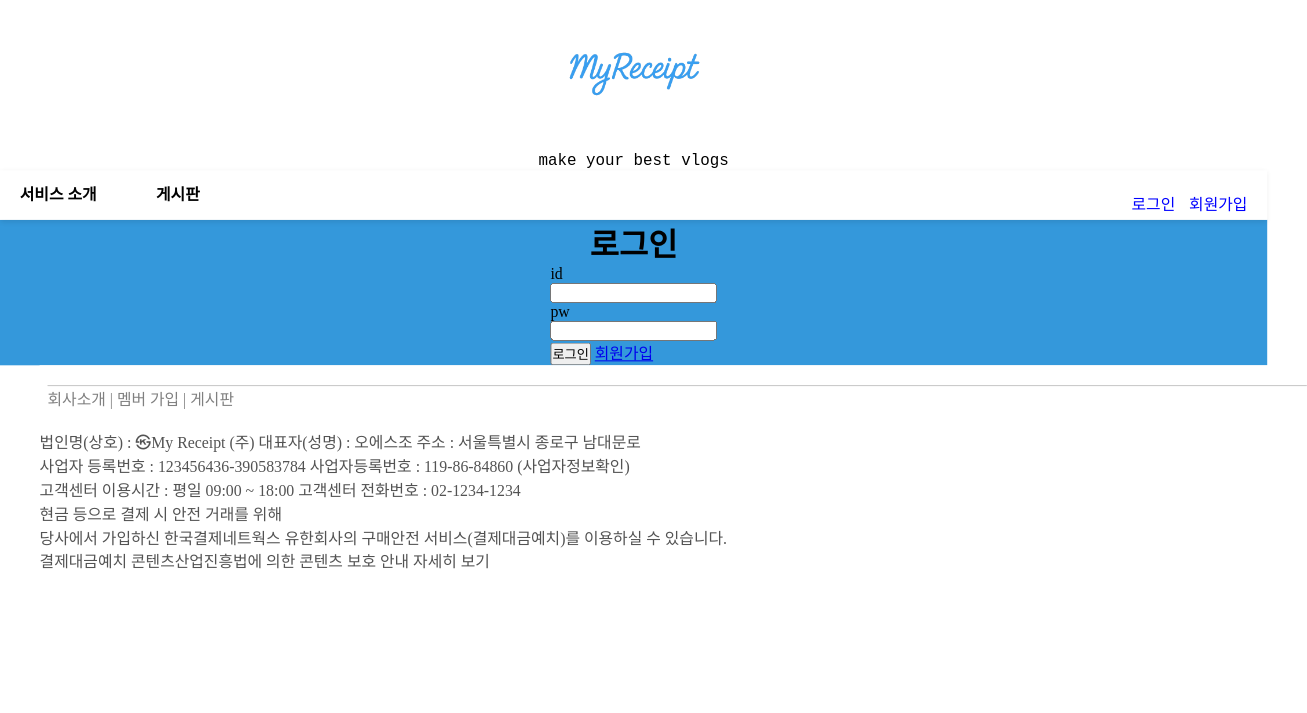
Repository: shong69/mini-project
Page: http://localhost/myReceipt2/login
The author's editor kept a copy of each file at every save. The page is drawn from the files as they stood at one save, then again after the next save.
The browser window is 1280 px wide. The page is 1320 px wide, so the pictures cover 1320 px, including what lies to the right of the window. The pictures show the whole page, at 99% of full size.
Some web fonts or font styles are not loaded; a fallback is used. The page is served by Tomcat 10. Other server files are loaded and not shown.

Above is the page before, as saved 2025-05-05 23:17:30.

### jspProject/myReceipt2/src/main/webapp/WEB-INF/views/login.jsp
<%@ page language="java" contentType="text/html; charset=UTF-8"
    pageEncoding="UTF-8"%>
<!DOCTYPE html>
<html>
<head>
<meta charset="UTF-8">
<title>Insert title here</title>
<link rel="stylesheet" type="text/css" href="resources/css/main.css">
</head>
<body>
	<jsp:include page="/WEB-INF/views/common/header.jsp"></jsp:include>

	<main>
		<h1>로그인</h1>
		<form action="login" method="post" class="login-form">
			<div>
				<p>id</p>
				<input type="text" name="inputId">
			</div>
			<div>
				<p>pw</p>
				<input type="password" name="inputPw">
			</div>

			<button>로그인</button>

			<a href="/myReceipt2/signup" class = "signup">회원가입</a>
		</form>
	</main>

	<jsp:include page="/WEB-INF/views/common/footer.jsp"></jsp:include>
</body>
</html>

### jspProject/myReceipt2/src/main/webapp/WEB-INF/views/common/header.jsp
<%@ page language="java" contentType="text/html; charset=UTF-8"
    pageEncoding="UTF-8"%>
<%@ taglib prefix="c" uri="http://java.sun.com/jsp/jstl/core" %>
	<div id="header">
		<a href="/myReceipt2/index"><img src="resources/imgs/logo.png" style="width:150px;"/></a>
		<p style="font-family: 'Courier New', Courier, monospace;">make your best vlogs</p>
	</div>
	<div id="nav-bar">
		<div id="menu">
			<a href="/myReceipt2/intro">서비스 소개</a>
			<a href="/myReceipt2/board">게시판</a>
		</div>
		<div id="loginSt">
			<c:choose>
				<c:when test="${not empty sessionScope.loginMember} ">
					<p>%{sessionScope.loginMember.nickName}님이 로그인 중</p>
					<a href="/myReceipt2/logout">로그아웃</a>

				</c:when>
				<c:otherwise>
					<a href="/myReceipt2/login">로그인</a>
					<a href="/myReceipt2/sign">회원가입</a>
				</c:otherwise>
			</c:choose>
		</div>

	</div>

### jspProject/myReceipt2/src/main/webapp/WEB-INF/views/common/footer.jsp
<%@ page language="java" contentType="text/html; charset=UTF-8"
    pageEncoding="UTF-8"%>
	<footer class="footer">
	    <section>
	        <div class="footer-nav">
	            <a href="/">회사소개 |</a>
	            <a href="/signup">멤버 가입 |</a>
	            <a href="/">게시판</a>
	        </div>
	    </section>
	    <section>
	        <div>
	            법인명(상호) : ㉿My Receipt (주) 대표자(성명) : 오에스조 주소 : 서울특별시 종로구 남대문로 <br>
	            사업자 등록번호 : 123456436-390583784  사업자등록번호 : 119-86-84860 (사업자정보확인)<br>
	            고객센터 이용시간 : 평일 09:00 ~ 18:00  고객센터 전화번호 : 02-1234-1234
	        </div>

	        <div>
	            현금 등으로 결제 시 안전 거래를 위해<br>
	            당사에서 가입하신 한국결제네트웍스 유한회사의 구매안전 서비스(결제대금예치)를 이용하실 수 있습니다.<br>
	            결제대금예치 콘텐츠산업진흥법에 의한 콘텐츠 보호 안내 자세히 보기
	        </div>
	    </section>
	</footer>

### jspProject/myReceipt2/src/main/java/com/project/jsp/controller/LoginController.java
package com.project.jsp.controller;

import java.io.IOException;

import jakarta.servlet.ServletException;
import jakarta.servlet.http.HttpServlet;
import jakarta.servlet.http.HttpServletRequest;
import jakarta.servlet.http.HttpServletResponse;

public class LoginController extends HttpServlet{
	@Override
	protected void doGet(HttpServletRequest req, HttpServletResponse resp) throws ServletException, IOException {
		req.getRequestDispatcher("/WEB-INF/views/login.jsp").forward(req, resp);
	}
}

### jspProject/myReceipt2/src/main/webapp/resources/css/main.css
* {
	box-sizing: border-box;
	padding: 0;
	margin: 0;
	font-family: 'main';
}
/* 메인 폰트 */
@font-face {
	font-family: 'main';
	src:
		url('https://fastly.jsdelivr.net/gh/Project-Noonnu/noonfonts_2107@1.1/Pretendard-Regular.woff')
		format('woff');
	font-style: normal;
	font-weight: 400;
}

/*header*/
#header {
	width: 100%;
	text-align: center;
}

#header>div:first-child {
	margin-bottom: 15px;
}

#nav-bar {
	line-height: 50px;
	height: 50px;
	position: sticky;
	top: 0;
	left: 0;
	background-color: white;
	z-index: 1000;
	box-shadow: 0 2px 5px rgba(0, 0, 0, 0.1);
}

#loginSt {
	position: absolute;
	top: 10px;
	right: 20px;
}

#loginSt a {
	margin-left: 10px;
	color: blue;
	text-decoration: none;
}

#menu {
	display: flex;
	gap: 20px;
}

#menu a {
	text-decoration: none;
	color: black;
	font-weight: bold;
	padding: 0 20px;
	position: relative;
	overflow: hidden;
	transition: background-color 0.5s ease;
}

#menu a:hover {
	background-color: #335085;
	animation-duration: 2s;
	color: whitesmoke;
}

main {
	background-color: #3498db;
	display: flex;
	flex-direction: column;
	align-items: center;
}

.section-title {
	font-size: 3.5rem;
	margin: 100px 0 70px 0;
}

#carousel {
	width: 90%;
	height: 300px;
	background-color: #ddd;
	margin-top: 20px;
}
/*footer*/
.footer {
	background-color: white;
	width: 100%;
	height: auto;
	display: flex;
	flex-direction: column;
	padding-top: 20px;
	margin: 0 40px;
}

.footer>section:first-child {
	border-top: 1px solid #c5c5c5;
	display: flex;
	flex-direction: row;
	margin-left: 8px;
}

.footer>section a {
	color: gray;
	text-decoration: none;
}

.footer>section:nth-child(2) {
	padding-top: 20px;
	color: rgb(83, 83, 83);
}

After the next save:
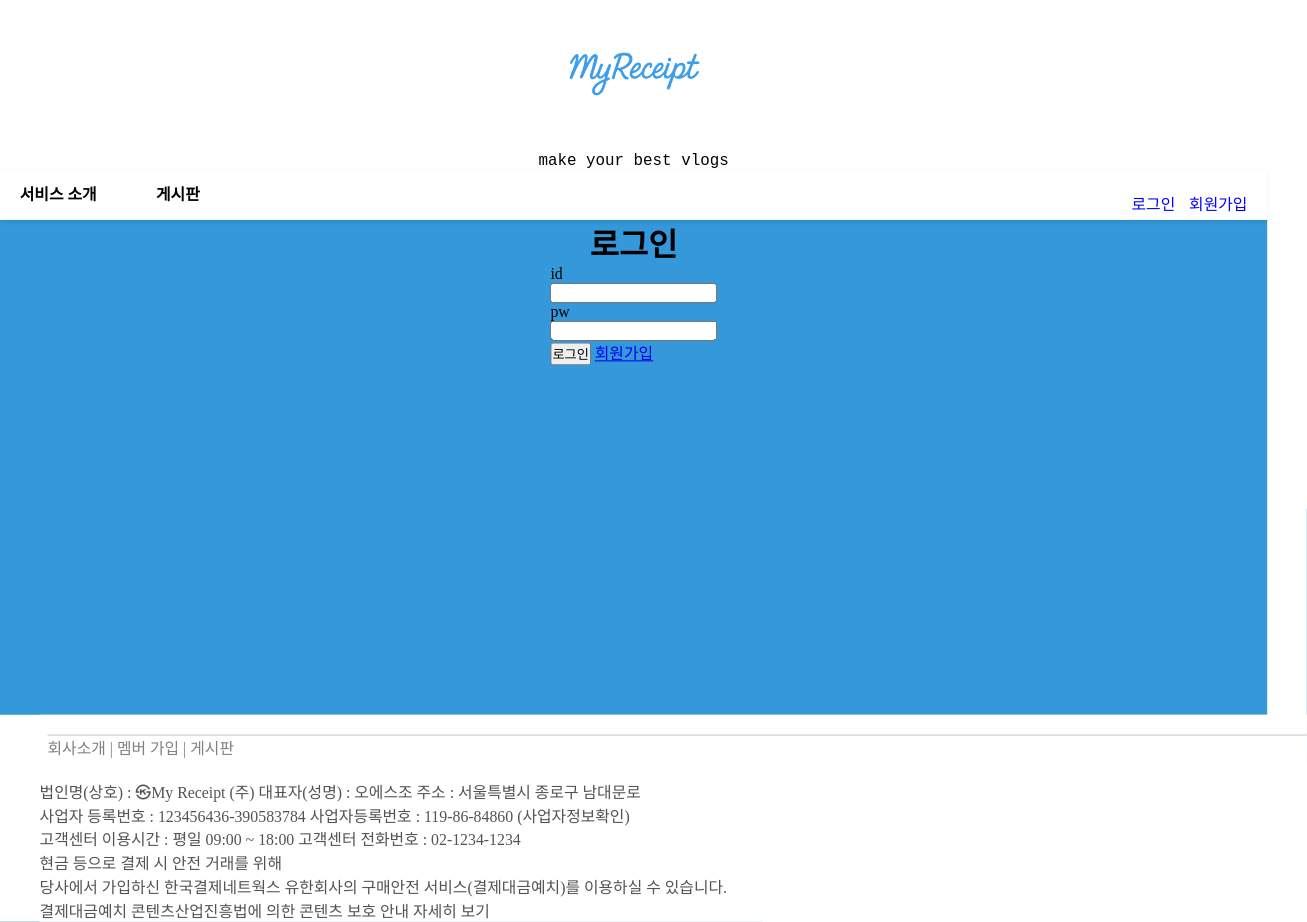
Saved 29 s later.
--- a/jspProject/myReceipt2/src/main/webapp/resources/css/main.css
+++ b/jspProject/myReceipt2/src/main/webapp/resources/css/main.css
@@ -73,6 +73,7 @@ main {
 	display: flex;
 	flex-direction: column;
 	align-items: center;
+	min-height:500px;
 }
 
 .section-title {
